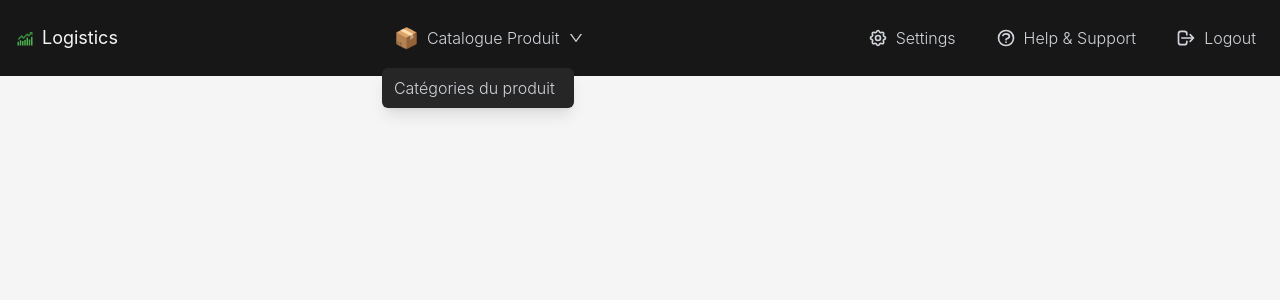
Repository: Mayar2222/Dashboard
Page: /, after clicking the first element matching `button.flex`
An editor plug-in stored every save of this project. The page is shown before and after the next save, followed by the edit.
The browser window is 1280 px wide. The pictures show the whole page.
Pictures or frames that could not be fetched are drawn as grey boxes. The project was rebuilt for these pictures with package versions that can differ from the ones it lists, and the page was loaded fresh each time. Also part of the build but not shown: src/components/CatalogueProduits.jsx, src/components/Categories.jsx.

Above is the page before, as saved 2024-07-28 16:43:30.

### src/App.jsx
import { Route, BrowserRouter as Router, Routes } from "react-router-dom";
import CatalogueProduits from "./components/CatalogueProduits";
import Categories from "./components/Categories";
import Layout from "./components/shared/Layout";

function App() {
  return (
      <Router>
      <Routes>
        <Route path="/"  element={<Layout/>}>
          <Route path="CatalogueProduits"  element={<CatalogueProduits/>}/>
          <Route path="Categories"  element={<Categories/>}/>

          <Route path="login"  element={<div>this login page</div>}/>

        </Route>
      </Routes>
      </Router>
  );
}

export default App;

### src/index.css
@import url('https://fonts.googleapis.com/css2? family=Poppins:wght@400; 600;700&display=swap');


@tailwind base;
@tailwind components;
@tailwind utilities;

@layer base {
    html {
        font-family: 'Inter', sans-serif;
        line-height: 1.3;
    }
    table {
        /* Add any specific styles for the table here if needed */
    }
    th,
    td {
        @apply py-3 px-2.5 text-sm text-left border-y border-gray-200;
    }
    thead {
        @apply bg-neutral-100;
    }
    th {
        @apply font-semibold;
    }
    a {
        @apply text-sky-500 hover:underline;
    }
}

### src/components/shared/Layout.jsx
import React from 'react'
import { Outlet } from 'react-router-dom'
import Header from './Header'
import Sidebar from './Sidebar'
export default function Layout() {
  return (
    <div className='flex flex-row bg-neutral-100 h-screen w-screen overflow-hidden'>
<Sidebar/>
     <div className='flex-1'>
      <Header/>
      <div className='p-4'>{<Outlet/>}</div>

      </div>


    </div>
  )
}

### src/components/shared/Header.jsx
import { Menu, Popover, Transition } from '@headlessui/react';
import React, { Fragment } from 'react';
import { HiOutlineBell, HiOutlineChat, HiOutlineSearch } from 'react-icons/hi';

export default function Header() {
  return (
    <div className='bg-white h-16 px-4 flex justify-between items-center border-b border-gray-200'>
      <div className='relative'>
        <HiOutlineSearch fontSize={20} className='text-gray-400 absolute top-1/2 -translate-y-1/2 left-3' />
        <input
          type="text"
          placeholder='Search...'
          className='text-sm focus:outline-none active:outline-none h-10 w-[24rem] border border-gray-300 rounded-sm pl-11 pr-4'
        />
      </div>
      <div className="flex items-center gap-2 mr-2">
        <Popover className="relative">
          {({ open }) => (
            <>
              <Popover.Button
                className={`p-1.5 rounded-sm inline-flex items-center ${open ? 'text-gray-900' : 'text-gray-700 hover:text-gray-900'} focus:outline-none`}
              >
                <HiOutlineChat fontSize={24} />
              </Popover.Button>
              <Transition
                as={Fragment}
                enter="transition ease-out duration-200"
                enterFrom="opacity-0 translate-y-1"
                enterTo="opacity-100 translate-y-0"
                leave="transition ease-in duration-150"
                leaveFrom="opacity-100 translate-y-0"
                leaveTo="opacity-0 translate-y-1"
              >
                <Popover.Panel className="absolute right-0 z-10 mt-2.5 w-80">
                  <div className="bg-white rounded-sm shadow-md ring-1 ring-black ring-opacity-5 px-2 py-2.5">
                    <strong className="text-gray-700 font-medium">Messages</strong>
                    <div className="mt-2">This is the messages panel!</div>
                  </div>
                </Popover.Panel>
              </Transition>
            </>
          )}
        </Popover>

        <Popover className="relative">
          {({ open }) => (
            <>
              <Popover.Button
                className={`p-1.5 rounded-sm inline-flex items-center ${open ? 'text-gray-900' : 'text-gray-700 hover:text-gray-900'} focus:outline-none`}
              >
                <HiOutlineBell fontSize={24} />
              </Popover.Button>
              <Transition
                as={Fragment}
                enter="transition ease-out duration-200"
                enterFrom="opacity-0 translate-y-1"
                enterTo="opacity-100 translate-y-0"
                leave="transition ease-in duration-150"
                leaveFrom="opacity-100 translate-y-0"
                leaveTo="opacity-0 translate-y-1"
              >
                <Popover.Panel className="absolute right-0 z-10 mt-2.5 w-80">
                  <div className="bg-white rounded-sm shadow-md ring-1 ring-black ring-opacity-5 px-2 py-2.5">
                    <strong className="text-gray-700 font-medium">Notifications</strong>
                    <div className="mt-2">This is the notifications panel!</div>
                  </div>
                </Popover.Panel>
              </Transition>
            </>
          )}
        </Popover>

        <Menu as="div" className="relative">
          <div>
            <Menu.Button className="ml-2 inline-flex">
              <span className='sr-only'>Open user menu</span>
              <div className='h-10 w-10 rounded-full bg-sky-500 bg-cover bg-no-repeat bg-center' style={{backgroundImage: 'url("https://images.unsplash.com/photo-1529626455594-4ff0802cfb7e?crop=faces&fit=crop&w=80&h=80&q=80")'}}>
                <span className='sr-only'>Mayar</span>
              </div>
            </Menu.Button>
          </div>
          <Transition
            as={Fragment}
            enter="transition ease-out duration-200"
            enterFrom="opacity-0 translate-y-1"
            enterTo="opacity-100 translate-y-0"
            leave="transition ease-in duration-150"
            leaveFrom="opacity-100 translate-y-0"
            leaveTo="opacity-0 translate-y-1"
          >
            <Menu.Items className="absolute right-0 mt-2 w-48 origin-top-right bg-white border border-gray-200 divide-y divide-gray-100 rounded-md shadow-lg outline-none">
              <div className="px-4 py-3">
                <p className="text-sm">Signed in as</p>
                <p className="text-sm font-medium text-gray-900 truncate">Mayar</p>
              </div>
              <div className="py-1">
                <Menu.Item>
                  {({ active }) => (
                    <a
                      href="/profile"
                      className={`${
                        active ? 'bg-gray-100 text-gray-900' : 'text-gray-700'
                      } flex justify-between w-full px-4 py-2 text-sm leading-5 text-left`}
                    >
                      Your Profile
                    </a>
                  )}
                </Menu.Item>
                <Menu.Item>
                  {({ active }) => (
                    <a
                      href="/settings"
                      className={`${
                        active ? 'bg-gray-100 text-gray-900' : 'text-gray-700'
                      } flex justify-between w-full px-4 py-2 text-sm leading-5 text-left`}
                    >
                      Settings
                    </a>
                  )}
                </Menu.Item>
              </div>
              <div className="py-1">
                <Menu.Item>
                  {({ active }) => (
                    <a
                      href="/logout"
                      className={`${
                        active ? 'bg-gray-100 text-gray-900' : 'text-gray-700'
                      } flex justify-between w-full px-4 py-2 text-sm leading-5 text-left`}
                    >
                      Sign out
                    </a>
                  )}
                </Menu.Item>
              </div>
            </Menu.Items>
          </Transition>
        </Menu>
      </div>
    </div>
  );
}

### src/components/shared/Sidebar.jsx
import React, { useState } from 'react';
import { AiOutlineDown, AiOutlineRight } from 'react-icons/ai';
import { FcBullish } from 'react-icons/fc';
import { HiOutlineLogout } from 'react-icons/hi';
import { Link, useLocation } from 'react-router-dom';
import { DASHBOARD_SIDEBAR_BOTTOM_LINKS, DASHBOARD_SIDEBAR_LINKS } from '../../lib/consts/navigation';

const linkClasses =
  'flex items-center gap-2 font-light px-3 py-2 hover:bg-neutral-700 hover:no-underline active:bg-neutral-600 rounded-sm text-base text-gray-300';

const titleClasses = 'flex items-center gap-2 px-1 py-3 text-neutral-100 text-lg';

export default function Sidebar() {
  const { pathname } = useLocation();
  const [isCatalogueOpen, setIsCatalogueOpen] = useState(false);

  const toggleCatalogue = () => {
    setIsCatalogueOpen(!isCatalogueOpen);
  };

  return (
    <nav className="bg-neutral-900 w-full p-3 flex items-center text-white fixed top-0 z-10">
      <div className={`${titleClasses} mr-auto`}>
        <FcBullish />
        <span>Logistics</span>
      </div>
      <div className="flex space-x-4">
        <div className="relative">
          <button onClick={toggleCatalogue} className={linkClasses}>
            <span className="text-xl">📦</span>
            <span>Catalogue Produit</span>
            {isCatalogueOpen ? <AiOutlineDown /> : <AiOutlineRight />}
          </button>
          {isCatalogueOpen && (
            <div className="absolute left-0 mt-2 w-48 bg-neutral-800 rounded-md shadow-lg z-20">

              <Link to="/categories" className={linkClasses}>
                Catégories du produit
              </Link>
            </div>
          )}
        </div>
        {DASHBOARD_SIDEBAR_LINKS.filter(link => link.label !== "Catalogue Produit").map(({ key, path, icon, label }) => (
          <Link
            key={key}
            to={path}
            className={`${linkClasses} ${pathname === path ? 'bg-neutral-700' : ''}`}
          >
            {icon && <span className="text-xl">{icon}</span>}
            <span>{label}</span>
          </Link>
        ))}
      </div>
      <div className="flex space-x-4 ml-auto">
        {DASHBOARD_SIDEBAR_BOTTOM_LINKS.map(({ key, path, icon, label }) => (
          <Link
            key={key}
            to={path}
            className={`${linkClasses} ${pathname === path ? 'bg-neutral-700' : ''}`}
          >
            {icon && <span className="text-xl">{icon}</span>}
            <span>{label}</span>
          </Link>
        ))}
        <Link
          to="/logout" // Adjust the path as needed
          className={linkClasses}
        >
          <HiOutlineLogout className="text-xl" />
          <span>Logout</span>
        </Link>
      </div>
    </nav>
  );
}

### src/lib/consts/navigation.jsx
import {
	HiOutlineCog,
	HiOutlineCube,
	HiOutlineQuestionMarkCircle
} from 'react-icons/hi'

export const DASHBOARD_SIDEBAR_LINKS = [

	{
		key: 'CatalogueProduits',
		label: 'Catalogue Produit',
		path: '/CatalogueProduits',
		icon: <HiOutlineCube />
	},



]

export const DASHBOARD_SIDEBAR_BOTTOM_LINKS = [
	{
		key: 'settings',
		label: 'Settings',
		path: '/settings',
		icon: <HiOutlineCog />
	},
	{
		key: 'support',
		label: 'Help & Support',
		path: '/support',
		icon: <HiOutlineQuestionMarkCircle />
	}
]

Loaded but not shown: public/index.html (common file); src/index.js (common file); tailwind.config.js (common file)

After the next save:
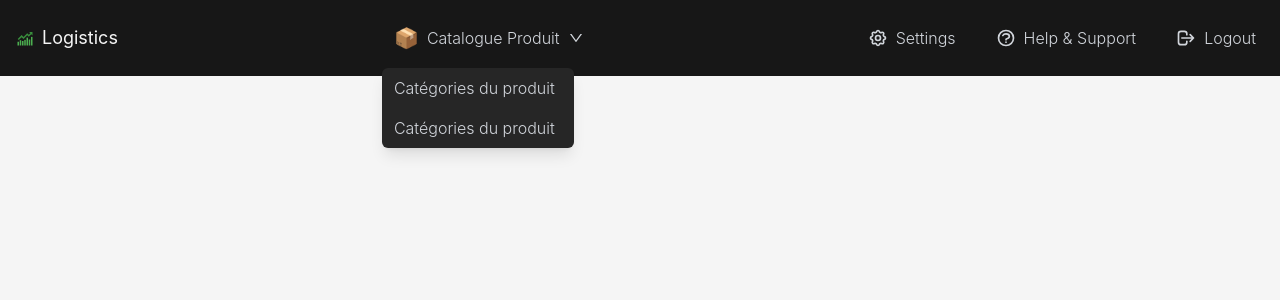
Saved 29 s later.
--- a/src/components/shared/Sidebar.jsx
+++ b/src/components/shared/Sidebar.jsx
@@ -37,6 +37,9 @@ export default function Sidebar() {
               <Link to="/categories" className={linkClasses}>
                 Catégories du produit
               </Link>
+              <Link to="/categories" className={linkClasses}>
+                Catégories du produit
+              </Link>
             </div>
           )}
         </div>
